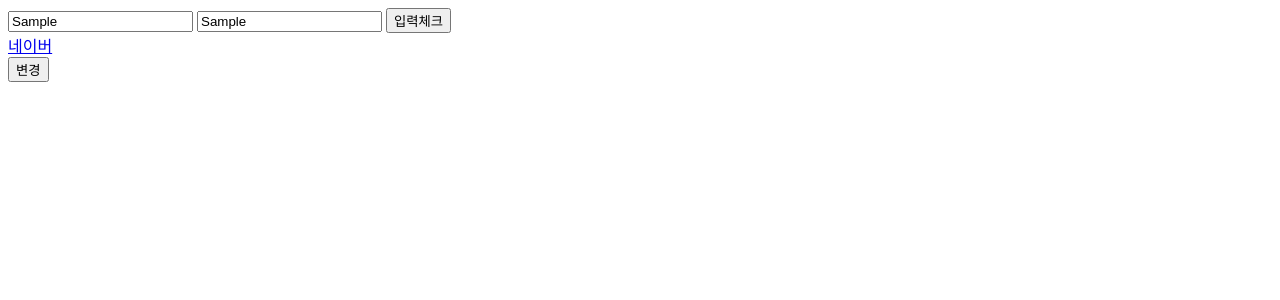
Repository: mjh1583/Hustar03_eGov
Page: http://localhost/JavaScript/js005.jsp
The author's editor kept a copy of each file at every save. The page is drawn from the files as they stood at one save, then again after the next save.
The browser window is 1280 px wide. The pictures show the whole page.
Empty fields were first filled with sample values (such as "Sample", 5 or name@example.com).
After loading, the first visible `input[onclick="fn_change();"]` was clicked once.
The page is served by Tomcat 9.

Above is the page before, as saved 2021-05-06 06:43:49.

### workspace/JavaScript/src/main/webapp/js005.jsp
<%@ page language="java" contentType="text/html; charset=UTF-8"
    pageEncoding="UTF-8"%>
<!DOCTYPE html>
<html>
<head>
	<meta charset="UTF-8">
	<title>이벤트 - JQuery</title>
</head>
<body>
	<div>
		<input type="text" id="txt" class="cls_txt" name="txt" placeholder="입력란..."/>
		<input type="text" id="txt2" class="cls_txt" name="txt2" placeholder="입력란2..."/>
		<input type="button" value="입력체크" onclick="fn_check();"/>
	</div>

	<div>
		<div id="contentsArea">
			콘텐츠 영역입니다.
		</div>
		<input type="button" value="변경" onclick="fn_change();"/>
	</div>

	<script src="https://code.jquery.com/jquery-3.6.0.js" ></script>
	<script type="text/javascript">
		function fn_check() {
			//$('#txt').val("testtest!!!");
			//$('.cls_txt').val("클래스 테스트 입니다.");
			//$('input').val("태그네임 selector");
			//$('input[name="txt"]').val("txt입니다.");

			//alert($('#txt').attr('type'));
			$('#txt').attr('type', 'button');
			$('#txt').val('입력체크2');
			$('#txt').attr('onclick', 'fn_check2();');

			$('#txt2').attr('onclick', 'fn_check2();');
		}

		function fn_check2() {
			alert('버튼으로 변경되었습니다.');
		}

		function fn_change() {
			$('#contentsArea').html('<a href="https://naver.com">네이버</a>');
		}
	</script>
</body>
</html>

After the next save:
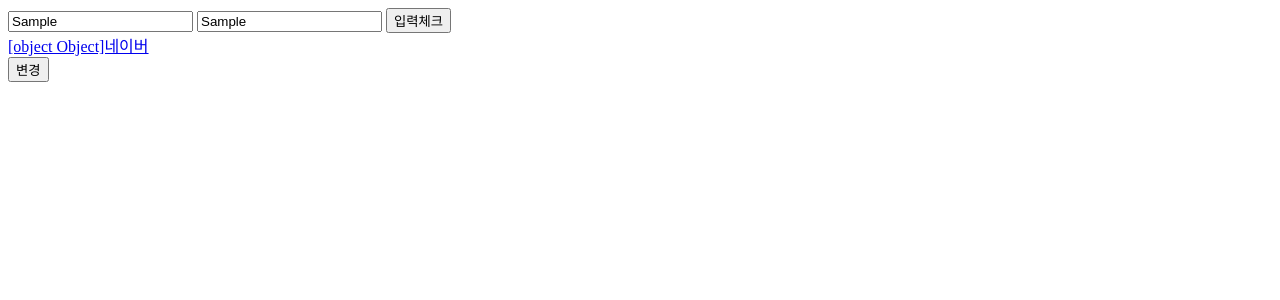
Saved 52 s later.
--- a/workspace/JavaScript/src/main/webapp/js005.jsp
+++ b/workspace/JavaScript/src/main/webapp/js005.jsp
@@ -41,7 +41,7 @@
 		}
 
 		function fn_change() {
-			$('#contentsArea').html('<a href="https://naver.com">네이버</a>');
+			$('#contentsArea').html('<a href="https://naver.com">' + $('#contentsArea') + '네이버</a>');
 		}
 	</script>
 </body>

After the save that followed:
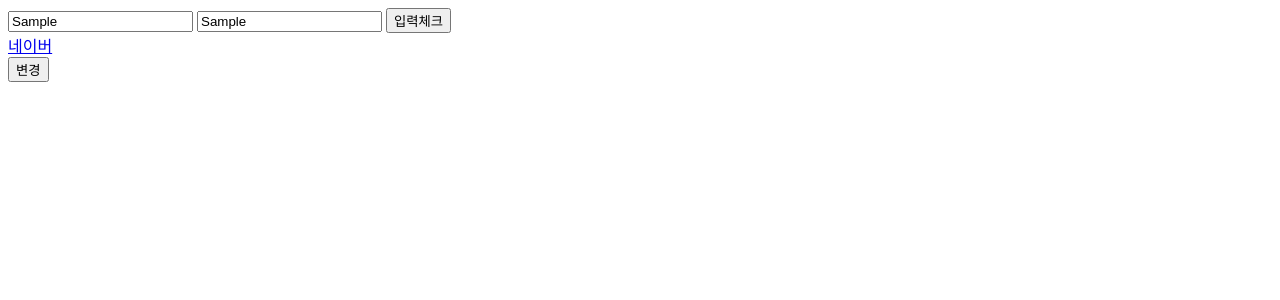
Saved 18 s later.
--- a/workspace/JavaScript/src/main/webapp/js005.jsp
+++ b/workspace/JavaScript/src/main/webapp/js005.jsp
@@ -41,7 +41,7 @@
 		}
 
 		function fn_change() {
-			$('#contentsArea').html('<a href="https://naver.com">' + $('#contentsArea') + '네이버</a>');
+			$('#contentsArea').html('<a href="https://naver.com">' + $('#contentsArea').val() + '네이버</a>');
 		}
 	</script>
 </body>
